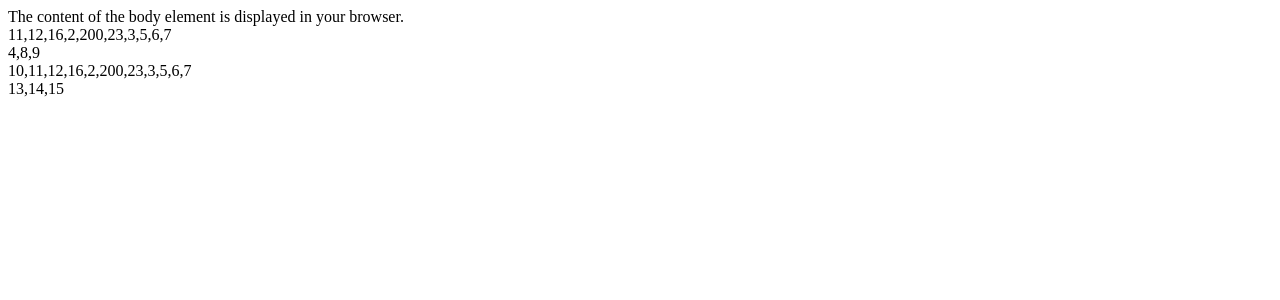
Repository: gperilli/truchetTilingGenerator
Page: test.html
The author's editor kept a copy of each file at every save. The page is drawn from the files as they stood at one save, then again after the next save.
The browser window is 1280 px wide. The pictures show the whole page.

Above is the page before, as saved 2023-04-19 02:03:05.

After the next save:
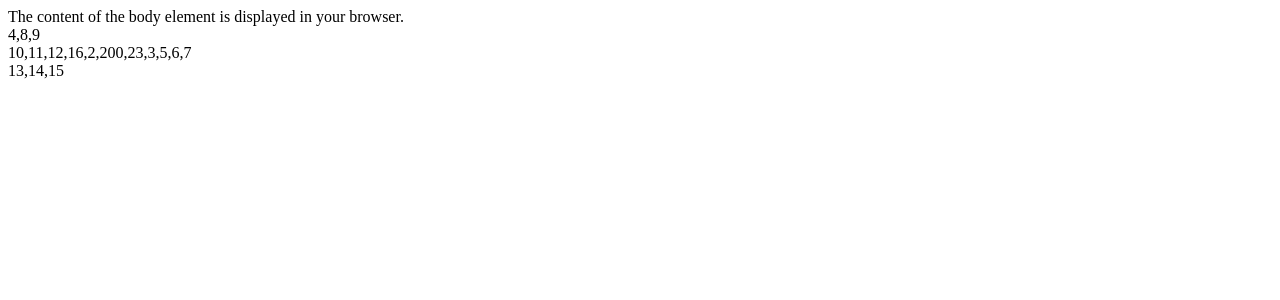
Saved 3 min 34 s later.
--- a/test.html
+++ b/test.html
@@ -106,7 +106,7 @@ for (let i = 0; i < joinerArray.length; i++) {
     }
     if (l == joinerArray[i].length) {
                     console.log("bang");
-                    joinerArray[i].splice(i, 1)
+                    joinerArray.splice(i, 1)
                 }
 }
 
